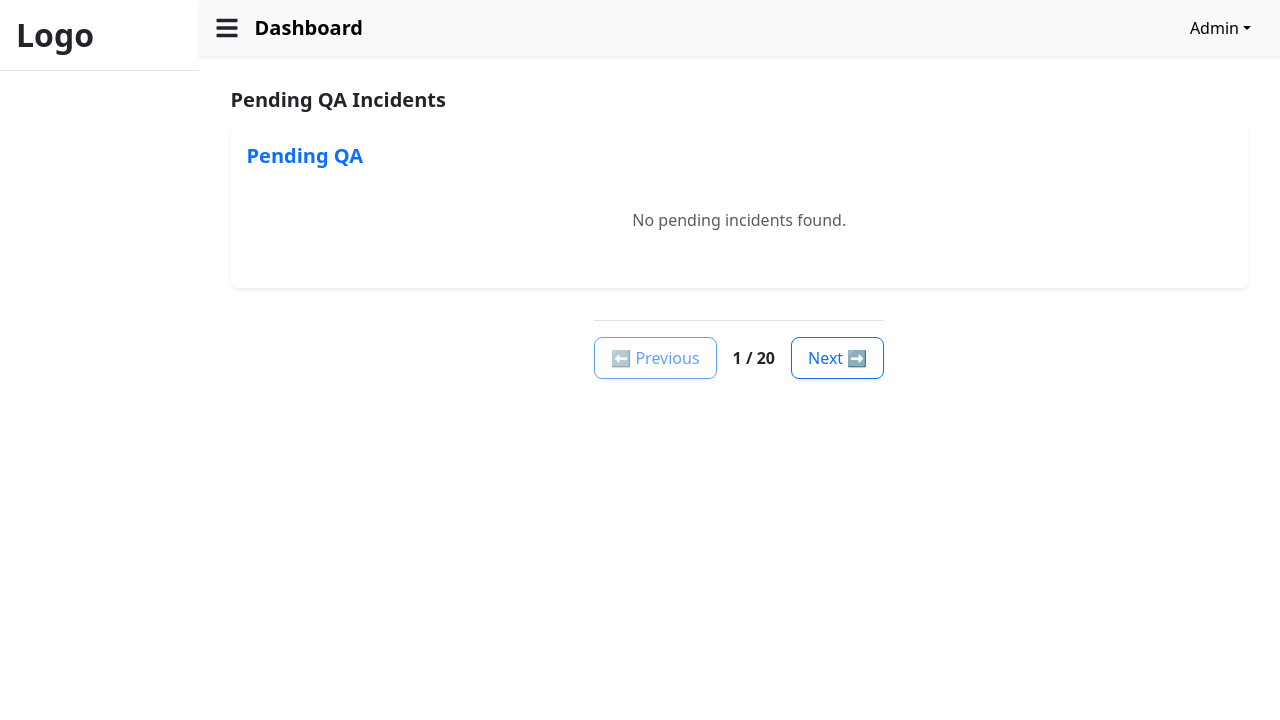
Repository: ArunGOW/ServiceNow_QA-audit
Page: /dashboard/pending-qa
These files come from the project's save history. The page is drawn as it stood at one moment and after the next save; the edit follows.
The browser window is 1280 px wide. The pictures show the whole page.
The page's requests for data from a server got no answer. The project was rebuilt for these pictures with package versions that can differ from the ones it lists, and the page was loaded fresh each time. No one was signed in, and anything a server would have sent is missing. Also part of the build but not shown: vite.config.js, src/components/Login.jsx, src/components/tables/ProcessedQATable.jsx, src/pages/ProcessedQAPage.jsx, src/pages/GroomingPage.jsx, src/pages/ImportIncidentPage.jsx.

Above is the page before, as saved 2025-09-09 16:08:25.

After the next save:
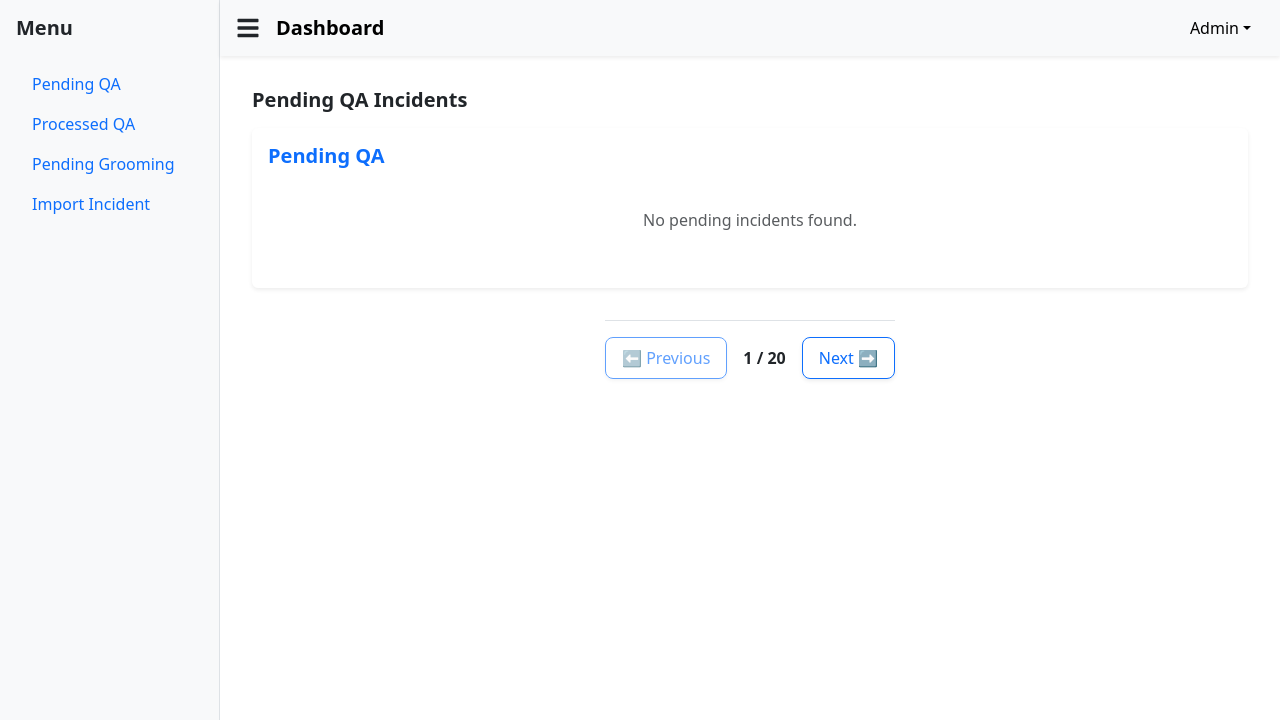
Saved 38 s later.
--- a/src/components/layout/sidebar.jsx
+++ b/src/components/layout/sidebar.jsx
@@ -1,38 +1,67 @@
- // src/components/layout/Sidebar.jsx
+//  // src/components/layout/Sidebar.jsx
+// import { Nav } from "react-bootstrap";
+// import { FaStar } from "react-icons/fa";
+// import { Link, useLocation } from "react-router-dom";
+
+// const Sidebar = () => {
+//   const location = useLocation();
+
+//   const menuItems = [
+//     { path: "/pending-qa", label: "Pending QA" },
+//     { path: "/processed-qa", label: "Processed QA" },
+//     { path: "/pending-grooming", label: "Pending Grooming" },
+//     { path: "/import-incident", label: "Import Incident" },
+//     { path: "/export-incident", label: "Export Incident" },
+//   ];
+
+//   return (
+//     <div>
+//       <h2 className="p-3 fw-bold border-bottom">Logo</h2>
+//       <Nav className="flex-column">
+//         {menuItems.map((item) => (
+//           <Nav.Item key={item.path}>
+//             <Link
+//               to={item.path}
+//               className={`d-flex align-items-center px-3 py-2 text-decoration-none ${
+//                 location.pathname === item.path
+//                   ? "bg-light text-dark rounded"
+//                   : "text-white"
+//               }`}
+//             >
+//               <FaStar className="me-2" />
+//               {item.label}
+//             </Link>
+//           </Nav.Item>
+//         ))}
+//       </Nav>
+//     </div>
+//   );
+// };
+
+// export default Sidebar;
+
+
+// src/components/layout/Sidebar.jsx
 import { Nav } from "react-bootstrap";
-import { FaStar } from "react-icons/fa";
-import { Link, useLocation } from "react-router-dom";
+import { Link } from "react-router-dom";
 
 const Sidebar = () => {
-  const location = useLocation();
-
-  const menuItems = [
-    { path: "/pending-qa", label: "Pending QA" },
-    { path: "/processed-qa", label: "Processed QA" },
-    { path: "/pending-grooming", label: "Pending Grooming" },
-    { path: "/import-incident", label: "Import Incident" },
-    { path: "/export-incident", label: "Export Incident" },
-  ];
-
   return (
-    <div>
-      <h2 className="p-3 fw-bold border-bottom">Logo</h2>
+    <div className="bg-light p-3 border-end" style={{ minHeight: "100vh", width: "220px" }}>
+      <h5 className="fw-bold mb-4">Menu</h5>
       <Nav className="flex-column">
-        {menuItems.map((item) => (
-          <Nav.Item key={item.path}>
-            <Link
-              to={item.path}
-              className={`d-flex align-items-center px-3 py-2 text-decoration-none ${
-                location.pathname === item.path
-                  ? "bg-light text-dark rounded"
-                  : "text-white"
-              }`}
-            >
-              <FaStar className="me-2" />
-              {item.label}
-            </Link>
-          </Nav.Item>
-        ))}
+        <Nav.Link as={Link} to="/dashboard/pending-qa">
+          Pending QA
+        </Nav.Link>
+        <Nav.Link as={Link} to="/dashboard/processed-qa">
+          Processed QA
+        </Nav.Link>
+        <Nav.Link as={Link} to="/dashboard/pending-grooming">
+          Pending Grooming
+        </Nav.Link>
+        <Nav.Link as={Link} to="/dashboard/import-incident">
+          Import Incident
+        </Nav.Link>
       </Nav>
     </div>
   );
